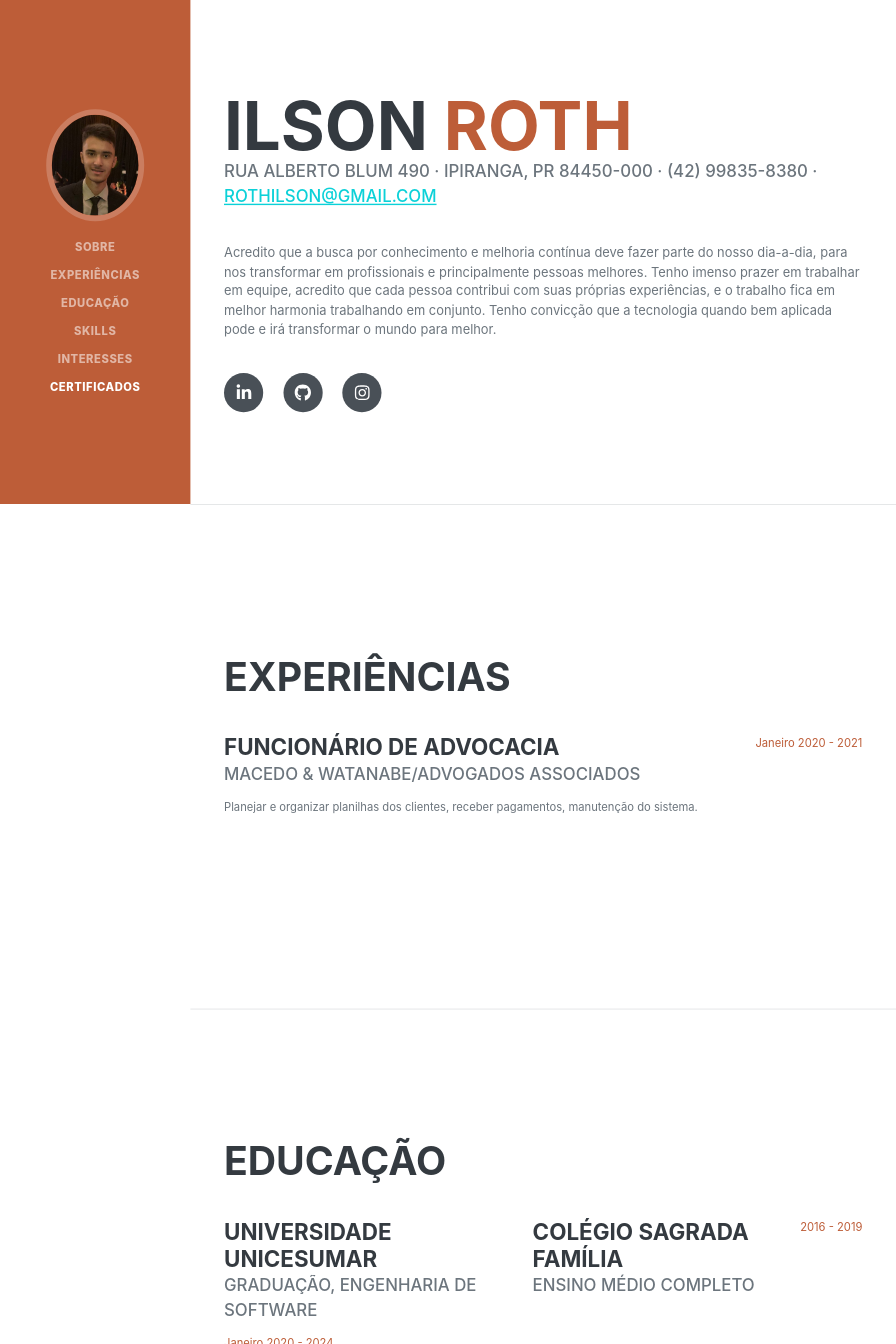
Repository: JuniorRoth/Curriculo-Web
Page: public/index.html
The author's editor kept a copy of each file at every save. The page is drawn from the files as they stood at one save, then again after the next save.
The browser window is 1280 px wide. The pictures show the part of the page from y = 0 to 1920 px (the page is 4325 px tall), at 70% of full size.
Some web fonts or font styles are not loaded; a fallback is used. Some web libraries are served in a nearby version.

Above is the page before, as saved 2023-02-08 10:50:50.

After the next save:
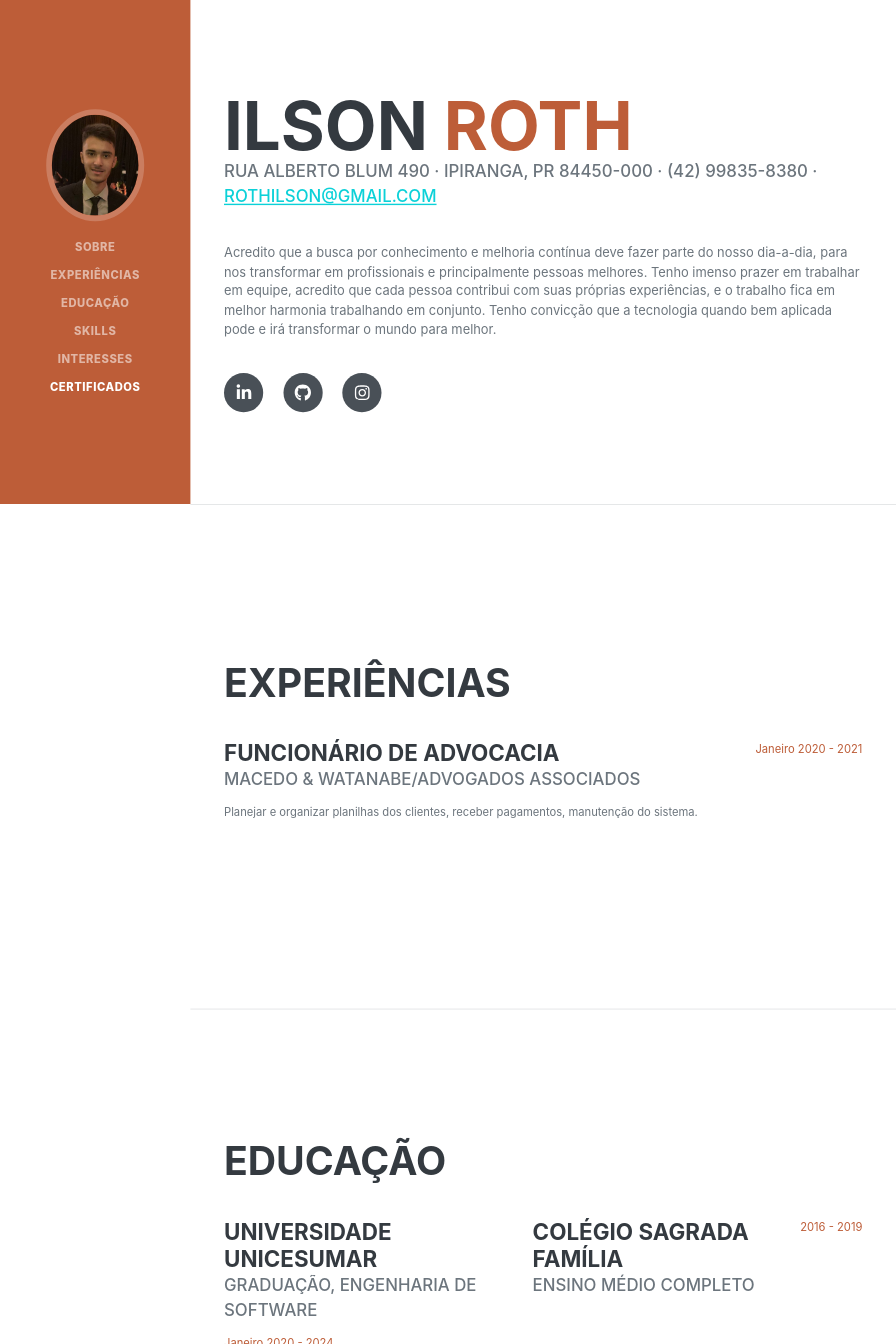
Saved 60 s later.
--- a/public/index.html
+++ b/public/index.html
@@ -65,7 +65,7 @@
                         <div class="flex-grow-1">
                             <h3 data-aos="fade-left" class="mb-0">Funcionário de Advocacia</h3>
                             <div data-aos="fade-left" class="subheading mb-3">Macedo & Watanabe/Advogados associados</div>
-                            <p>Planejar e organizar planilhas dos clientes, receber pagamentos, manutenção do sistema.</p>
+                            <p data-aos="fade-left" class="mb-0">Planejar e organizar planilhas dos clientes, receber pagamentos, manutenção do sistema.</p>
                         </div>
                         <div class="flex-shrink-0"><span class="text-primary">Janeiro 2020 - 2021</span></div>
                     </div>
